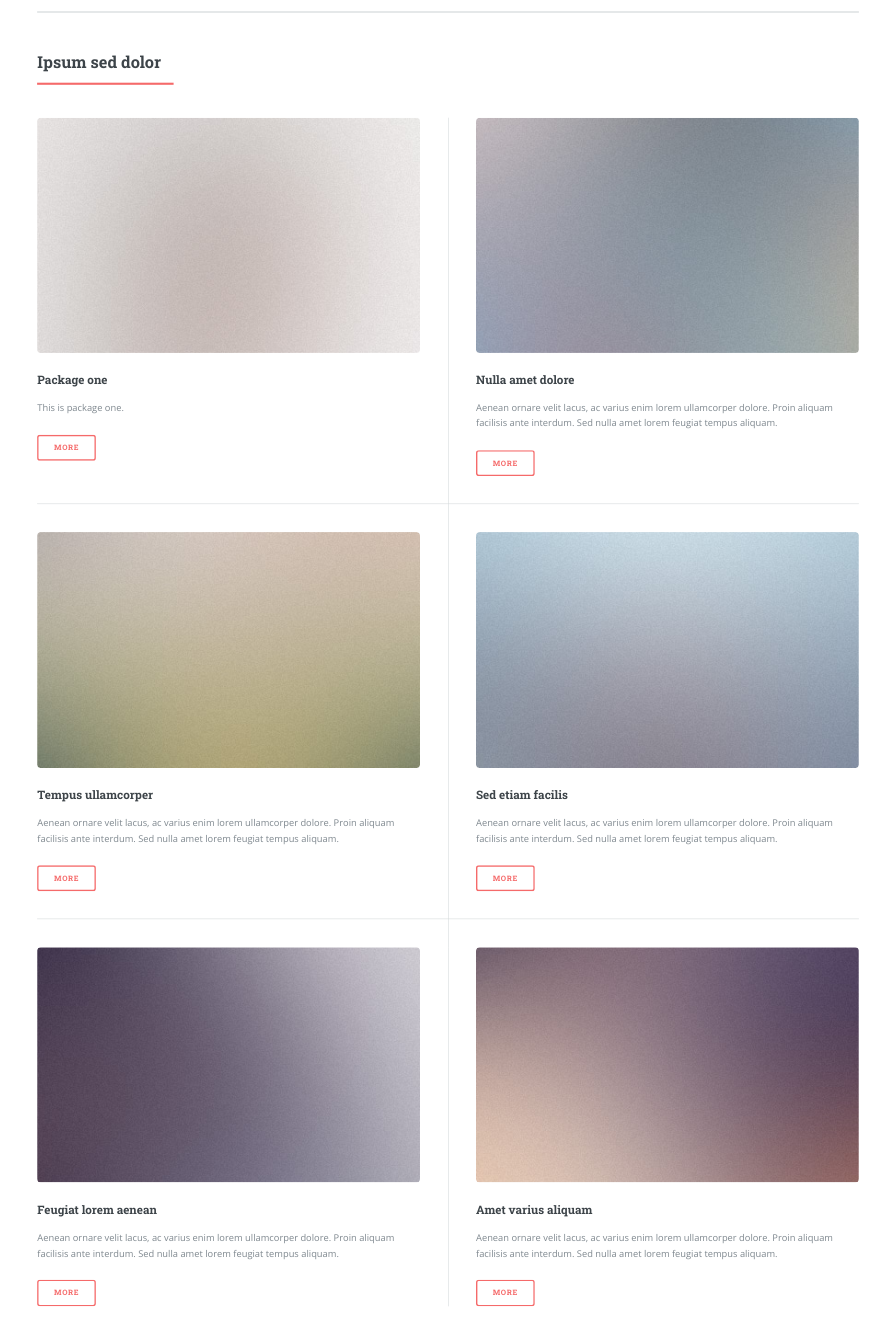
Repository: rachel648/New_Elite
Page: index.html
The author's editor kept a copy of each file at every save. The page is drawn from the files as they stood at one save, then again after the next save.
The browser window is 1280 px wide. The pictures show the part of the page from y = 1893 to 3813 px (the page is 3813 px tall before and 3791 px after), at 70% of full size.

Above is the page before, as saved 2024-10-14 11:51:24.

After the next save:
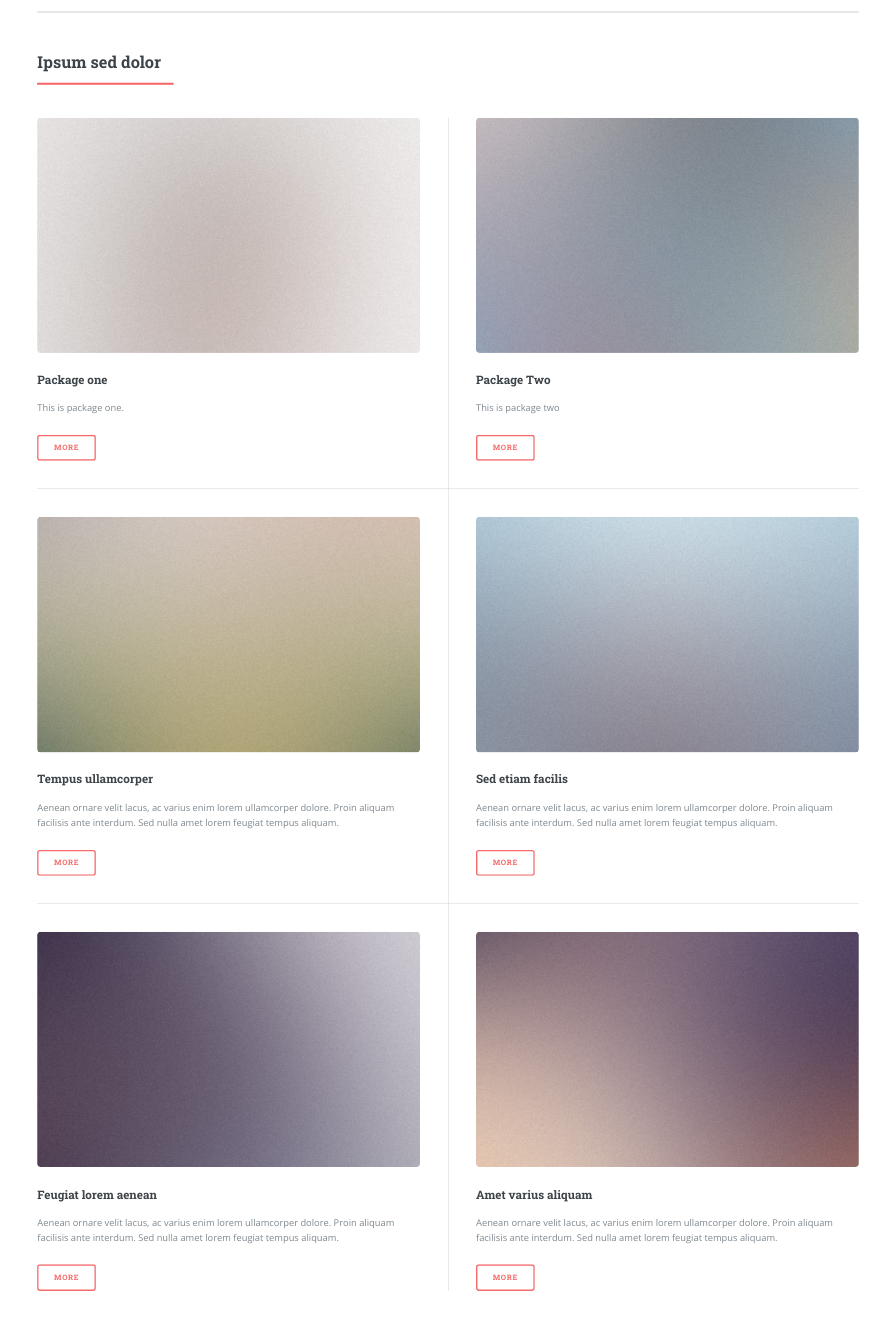
Saved 25 s later.
--- a/index.html
+++ b/index.html
@@ -101,8 +101,8 @@
 										</article>
 										<article>
 											<a href="#" class="image"><img src="images/pic02.jpg" alt="" /></a>
-											<h3>Nulla amet dolore</h3>
-											<p>Aenean ornare velit lacus, ac varius enim lorem ullamcorper dolore. Proin aliquam facilisis ante interdum. Sed nulla amet lorem feugiat tempus aliquam.</p>
+											<h3>Package Two</h3>
+											<p>This is package two</p>
 											<ul class="actions">
 												<li><a href="#" class="button">More</a></li>
 											</ul>
